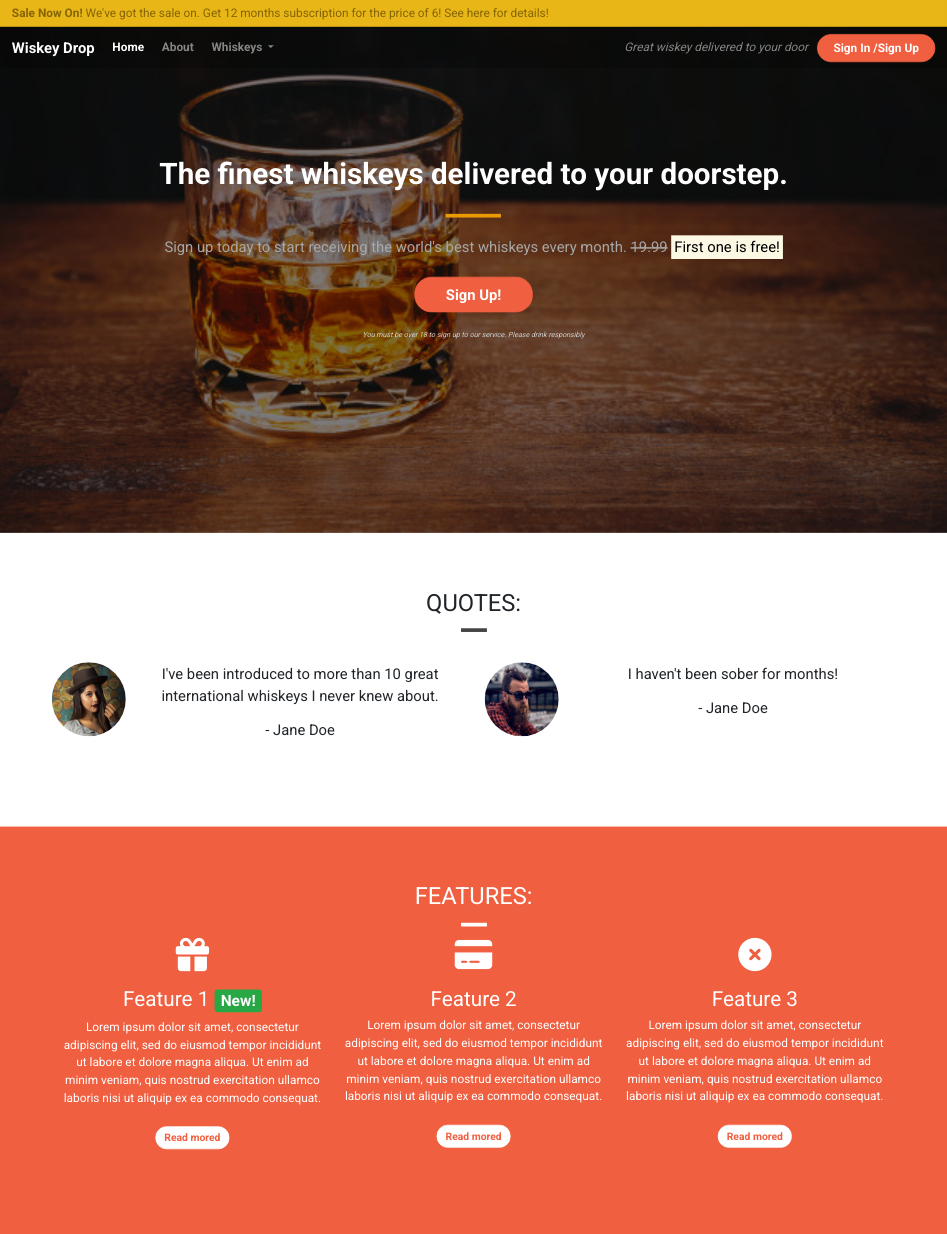
Repository: manub7/bootstrap4-mobile-first
Page: index.html
The author's editor kept a record of every edit. The page is drawn from the files as they stood at one moment, then again after the next edit.
The browser window is 1280 px wide. The pictures show the whole page, at 74% of full size.
Backgrounds fixed to the window are drawn as part of the page. Some web libraries are served in a nearby version.

Above is the page before.

### index.html
<!DOCTYPE html>
<html lang="en-us">

<head>
    <meta charset="utf-8">
    <meta name="viewport" content="width=device-width, initial-scale=1.0">
    <title>Whiskey Drop | Taste a new whiskey every month</title>
    <link rel="stylesheet" href="https://maxcdn.bootstrapcdn.com/bootstrap/4.1.3/css/bootstrap.min.css">
    <link rel="stylesheet" href="https://stackpath.bootstrapcdn.com/bootstrap/4.4.1/css/bootstrap.min.css" integrity="sha384-Vkoo8x4CGsO3+Hhxv8T/Q5PaXtkKtu6ug5TOeNV6gBiFeWPGFN9MuhOf23Q9Ifjh" crossorigin="anonymous">
    <script src="https://kit.fontawesome.com/0c0aa31012.js" crossorigin="anonymous"></script>
    <link href="https://fonts.googleapis.com/css?family=Roboto:400,700&display=swap" rel="stylesheet">
    <link rel="stylesheet" href="css/style.css" type="text/css" />
</head>

<body>
    <div class="container-fluid navalert-container">

        <div class="container-fluid alert-container">
            <div class=" row d-none d-sm-block">
                <div class="col-12">
                    <div class="site-wide-alert alert alert-warning">
                        <strong>Sale Now On!</strong> We've got the sale on. Get 12 months subscription for the price of 6!
                        <a ref="">See here for details!</a>
                    </div>
                </div>
            </div>
        </div>
        <nav class="navbar navbar-dark  navbar-expand-sm ">

            <a href="/" class="navbar-brand">Wiskey Drop</a>
            <button class="navbar-toggler ml-auto" type="button" data-toggle="collapse" data-target="#navbarNavDropdown" aria-controls="navbarNavDropdown" aria-expanded="false" aria-label="Toggle navigation">
        <span class="navbar-toggler-icon"></span></button>

            <div class="collapse navbar-collapse" id="navbarNavDropdown">
                <ul class="navbar-nav mr-auto">
                    <li class="active nav-item mr-2"><a class="nav-link" href="/">Home</a></li>
                    <li class="nav-item mr-2"><a class="nav-link" href="/about">About</a></li>
                    <li class="nav-item dropdown">
                        <a class="nav-link dropdown-toggle" href="#" id="navbarDropdownMenuLink" role="button" data-toggle="dropdown" aria-haspopup="true" aria-expanded="false">
            Whiskeys
        </a>
                        <div class="dropdown-menu" aria-labelledby="navbarDropdownMenuLink">
                            <a class="dropdown-item" href="#">Irish</a>
                            <a class="dropdown-item" href="#">Scotch</a>
                            <a class="dropdown-item" href="#">Japanese</a>
                            <a class="dropdown-item" href="#">American</a>
                        </div>
                    </li>

                    <li class="nav-item mr-2 d-block d-sm-none"><a class="nav-link" href="">Sign In / Sign Up</a></li>
                </ul>
            </div>

            <div class="d-none d-md-block">
                <p class="navbar-text my-auto mr-2"><i>Great wiskey delivered to your door</i></p>
                <a href="/login" class="btn btn--cta btn--red" data-toggle="modal" data-target="#signUpModal">Sign In /Sign Up</a>

            </div>

        </nav>
    </div>

    <!-- Callout -->
    <div class="container-fluid callout-container">
        <div class="opaque-overlay">&nbsp;</div>
        <div class="row">
            <div class="col-12">
                <section class="callout jumbotron text-center">
                    <h1 class="jumbotron-header">The finest whiskeys delivered to your doorstep.</h1>
                    <hr class="block-divider block-divider--orange">
                    <p class="lead">Sign up today to start receiving the world's best whiskeys every month.
                        <s class="d-none d-sm-inline">19.99</s>
                        <span class="d-inline d-sm-none"><br></span>
                        <strong><mark> First one is free!</mark></strong></p>
                    <p><button class="btn btn-lg btn--cta btn--red" data-toggle="modal" data-target="#signUpModal">Sign Up!</button></p>
                    <p class="text-muted"><small> You must be over 18 to sign up to our service. Please drink responsibly </small></p>
                </section>
            </div>
        </div>
    </div>
    <!-- /.callout -->
    </div>

    <!-- Quotes -->
    <div class="container-wraper">
        <div class="container container-quotes content-container">
            <section class="quotes">
                <div class="row">
                    <div class="col-12 page-header">
                        <h2 class="text-uppercase">Quotes:</h2>
                        <hr class=" block-divider block-divider--short " </div>
                    </div>
                    <div class="row">
                        <div class="col-12 col-md-6 page-header">
                            <div class="media">
                                <div class="d-none d-sm-block">
                                    <img src="images/girl-image.png" class="rounded-circle  mr-3" height=100 width=100>
                                </div>
                                <div class="media-body">
                                    <blockquote class="blockquote">
                                        <p>I've been introduced to more than 10 great international whiskeys I never knew about.</p>
                                        <p>- Jane Doe</p>
                                    </blockquote>
                                </div>
                            </div>
                        </div>

                        <div class="col-12 col-md-6 page-header">
                            <div class="media">
                                <div class="d-none d-sm-block">
                                    <img src="images/guy-image.png" class="rounded-circle mr-3" height=100 width=100>
                                </div>
                                <div class="media-body">
                                    <blockquote class="blockquote">
                                        <p>I haven't been sober for months!</p>
                                        <p>- Jane Doe</p>
                                        </blockquotes>
                                </div>
                            </div>
                        </div>
                    </div>
            </section>
            </div>
        </div>
        <!-- /.quotes -->


        <!-- Features -->
        <div class=" container-wrapper container-wrapper--red">
            <div class="container features-container content-container">
                <section class="features">
                    <div class="row">
                        <div class="col-12 page-header">
                            <h2 class="text-uppercase">Features:</h2>
                            <hr class="block-divider block-divider--short block-divider--white">
                        </div>
                    </div>

                    <div class="row">
                        <div class="col-12 col-md-6 col-lg-4 page-header">
                            <div class="feature">
                                <h3><i class="fas fa-gift d-none d-sm-block"></i> Feature 1 <span class="badge badge-success">New!</span></h3>
                                <p>Lorem ipsum dolor sit amet, consectetur adipiscing elit, sed do eiusmod tempor incididunt ut labore et dolore magna aliqua. Ut enim ad minim veniam, quis nostrud exercitation ullamco laboris nisi ut aliquip ex ea commodo
                                    consequat.
                                </p>
                                <p><a class="btn btn-sm btn-light" href="">Read mored</a></p>
                            </div>
                        </div>


                        <div class="col-12 col-md-6 col-lg-4 page-header">
                            <div class="feature">
                                <h3><i class="fas fa-credit-card d-none d-sm-block"></i> Feature 2</h3>
                                <p>Lorem ipsum dolor sit amet, consectetur adipiscing elit, sed do eiusmod tempor incididunt ut labore et dolore magna aliqua. Ut enim ad minim veniam, quis nostrud exercitation ullamco laboris nisi ut aliquip ex ea commodo
                                    consequat.
                                </p>
                                <p><a class="btn btn-sm btn-light" href="">Read mored</a></p>
                            </div>
                        </div>


                        <div class="col-12 d-md-none d-lg-block col-lg-4 page-header">
                            <div class="feature">
                                <h3><i class="fas fa-times-circle d-none d-sm-block"></i> Feature 3</h3>
                                <p>Lorem ipsum dolor sit amet, consectetur adipiscing elit, sed do eiusmod tempor incididunt ut labore et dolore magna aliqua. Ut enim ad minim veniam, quis nostrud exercitation ullamco laboris nisi ut aliquip ex ea commodo
                                    consequat.
                                </p>
                                <p><a class="btn btn-sm btn-light" href="">Read mored</a></p>
                            </div>
                        </div>
                    </div>
                </div>
              </section>
        </div>
    </div>
    <!-- /.features -->

    <!-- /Modla dialog -->

    <div class="modal" tabindex="-1" role="dialog" id="signUpModal">
        <div class="modal-dialog" role="document">
            <div class="modal-content">
                <div class="modal-header">
                    <h5 class="modal-title">Sign Up To Whiskey Drop!</h5>
                    <button type="button" class="close" data-dismiss="modal" aria-label="Close">
          <span aria-hidden="true">&times;</span>
        </button>
                </div>
                <div class="modal-body">
                    <form>
                        <div class="form-group">
                            <label for="exampleInputEmail1">Email address</label>
                            <input type="email" class="form-control" id="exampleInputEmail1" aria-describedby="emailHelp" placeholder="Enter email">
                            <small id="emailHelp" class="form-text text-muted">We'll never share your email with anyone else.</small>
                        </div>
                        <div class="form-group">
                            <label for="password">Password</label>
                            <input type="password" class="form-control" id="password" placeholder="Password">
                        </div>
                        <div class="form-group">
                            <label for="repeatPassword">Repeat Password</label>
                            <input type="password" class="form-control" id="repeatPassword" placeholder="Repeat Password">
                        </div>
                        <button type="submit" class="btn btn-success">Submit</button>
                    </form>
                </div>
            </div>
        </div>
    </div>


    <script src="https://code.jquery.com/jquery-3.4.1.slim.min.js" integrity="sha384-J6qa4849blE2+poT4WnyKhv5vZF5SrPo0iEjwBvKU7imGFAV0wwj1yYfoRSJoZ+n" crossorigin="anonymous"></script>
    <script src="https://cdn.jsdelivr.net/npm/popper.js@1.16.0/dist/umd/popper.min.js" integrity="sha384-Q6E9RHvbIyZFJoft+2mJbHaEWldlvI9IOYy5n3zV9zzTtmI3UksdQRVvoxMfooAo" crossorigin="anonymous"></script>
    <script src="https://stackpath.bootstrapcdn.com/bootstrap/4.4.1/js/bootstrap.min.js" integrity="sha384-wfSDF2E50Y2D1uUdj0O3uMBJnjuUD4Ih7YwaYd1iqfktj0Uod8GCExl3Og8ifwB6" crossorigin="anonymous"></script>
</body>

</html>

### css/style.css
body {
    font-family: 'Roboto', sans-serif;
}

.container-wrapper {

}
.container-wrapper--red{
    background-color:#f05f40;
    color: white;
}

.alert-container .col-12 {
    padding-left: 0;
    padding-right:0;
}

.site-wide-alert {
    border-radius:0;
    margin-bottom:0;
    padding:5px 15px;
    background-color: #e8b617;
    border-color: #e8b617;

}

.callout-container {
    height: 100vh;
    background: url(../images/wiskey-background.jpg) no-repeat bottom right fixed;
    -webkit-background-size: cover;
    -moz-background-size: cover;
    -o-background-size: cover;
    background-size: cover;

    display: flex;
    align-items:center;
    justify-content:center;
    position:relative;
}

.opaque-overlay {
    position: absolute;
    top: 0px;
    left: 0px;
    height: 100%;
    width:100%;
    background-color: rgba(0,0,0,0.5);
}

.quotes-container  {

}



.features-container {}

/* Page header*/

.page-header {
    margin-bottom: 0;
    border-bottom:0;
    text-align: center;
}
.page-header h2 {
    margin-bottom: 0;
}

.quotes .page-header {
    margin-bottom: 25px;
}

/*Block dividers */

.block-divider {
    width: 75px;
    height: 5px;
    border: 0;
    background-color: #444;

}

.block-divider--orange {
     background-color: #ea9a03;
}

.block-divider--white {
    background-color: white;
}

.block-divider--short {
    width: 35px;
}
/* Content container */

.content-container {
    padding-bottom: 75px;
    padding-top: 75px;
}

/* Navbar */

.navalert-container {
    position:absolute;
    top:0;
    left:0;
    padding-left: 0;
    padding-right: 0;
    z-index:1;
}

.navbar {
    margin-bottom: 0;
    border:0;
    width: 100%;
    background-color: rgba(0,0,0,0.25);
}

.navbar .navbar-toggler {
    border:0;
}

.navbar-brand {

    font-weight: bold;
}

.navbar .navbar-nav {
    font-weight: bold;
}

/*Jumbotron*/

.jumbotron {
    background-color: transparent;
}

.jumbotron h1 {

    color: white;
    font-weight: bold;
    margin-bottom: 30px;
    color: white;
}

.jumbotron .lead {
    margin-top: 0;
    margin-bottom: 1rem;
    color: #a7a7a7;
    margin: 25px 0;
}

.jumbotron small {
    font-size: 60%;
    font-style: italic;
    color: #d0d0d0;
}

/* Buttons */

.btn--cta {
    font-weight: bold;
    border-radius: 23px;
    width:160px;
}

.btn--red {
    color: white;
    background-color: #f05f40;
    border-color: #f05f40;

}

.btn--red:hover,
.btn--red:active,
.btn--red:focus,
.btn--red:active:focus {
    background-color: #df4929;
    border-color: #df4929;

}
.feature {
    text-align: center;
    margin-bottom: 40px;
}

.feature i{
    margin-bottom: 20px;
    font-size: 45px;
    font-height:45px;
}

.feature .btn {
    background-color: white;
    border-color: white;
    border-radius: 15px;
    min-width:100px;
    font-weight: bold;
    margin-top:10px;
    color:#f05f40;
}

After the next edit:
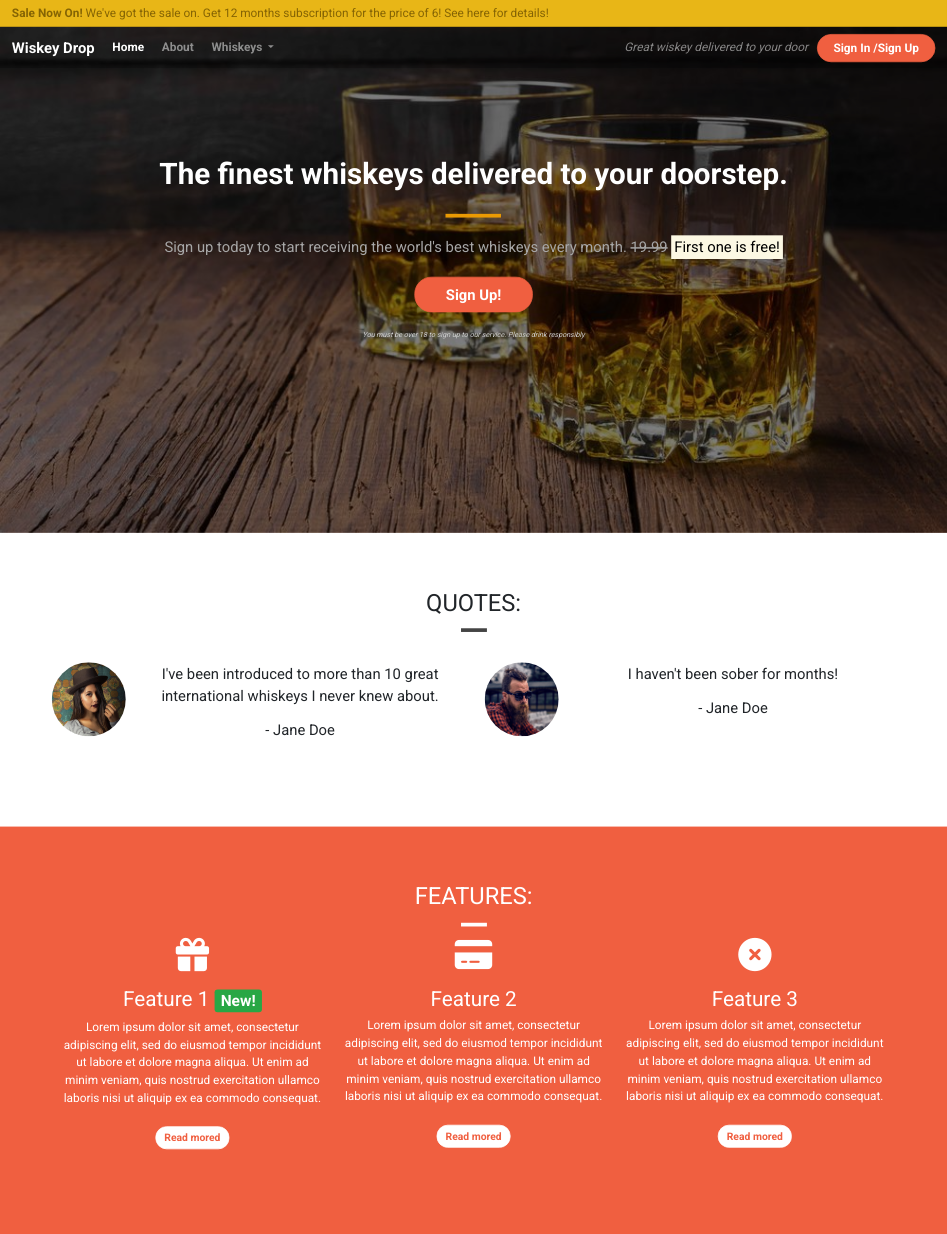
The edit:
--- a/css/style.css
+++ b/css/style.css
@@ -26,7 +26,7 @@
 
 .callout-container {
     height: 100vh;
-    background: url(../images/wiskey-background.jpg) no-repeat bottom right fixed;
+    background: url(../images/wiskey-background1.jpg) no-repeat bottom right fixed;
     -webkit-background-size: cover;
     -moz-background-size: cover;
     -o-background-size: cover;
